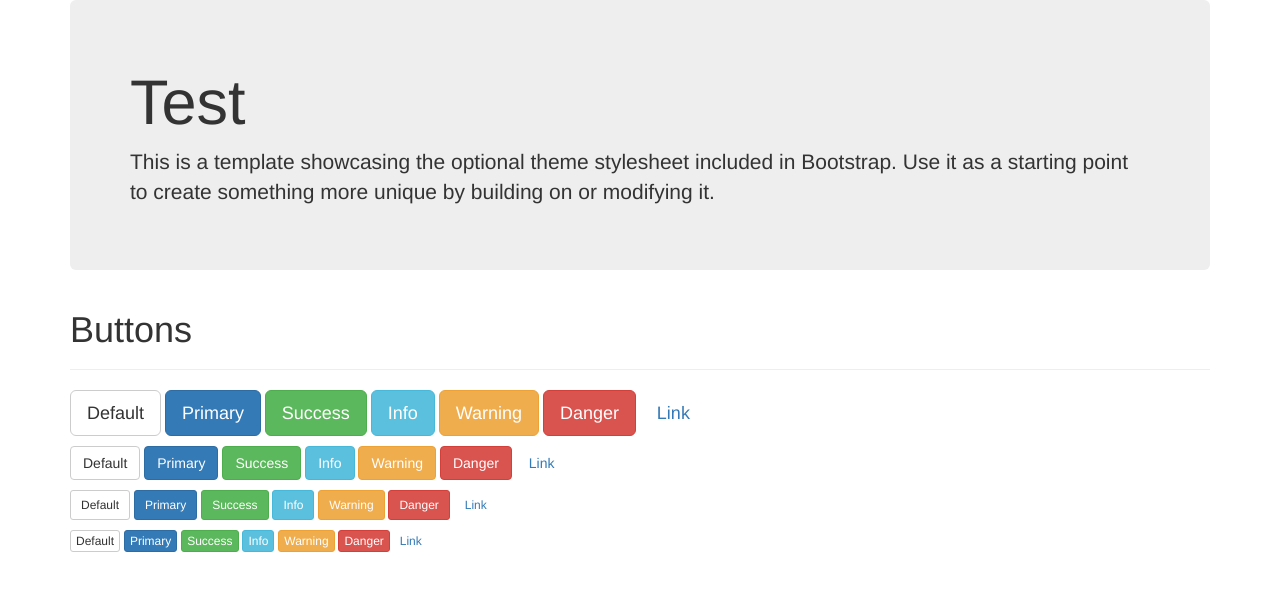
Repository: PabloValor/tallerweb1
Page: http://localhost/Sangucheto/WEB-INF/jsp/home.jsp
An editor plug-in stored every save of this project. The page is shown before and after the next save, followed by the edit.
The browser window is 1280 px wide. The pictures show the whole page.
The page is served by Tomcat 9. Nobody is signed in. Other server files are loaded and not shown. The template is opened directly, without the code that normally fills it, so the values that code supplies are empty.

Above is the page before, as saved 2015-11-26 22:52:50.

### TPFinal/Sangucheto/Sangucheto/src/main/webapp/WEB-INF/jsp/home.jsp
<%@ taglib uri="http://java.sun.com/jsp/jstl/core" prefix="c" %>
<!DOCTYPE html>
<html lang="es">
<head>
	<meta charset="UTF-8">
	<title>Document</title>
	<link href="/WEB_INF/css/bootstrap.min.css" rel="stylesheet">
</head>
<body>
	<div class="container theme-showcase" role="main">

		<!-- Main jumbotron for a primary marketing message or call to action -->
		<div class="jumbotron">
			<h1>Test</h1>
			<p>This is a template showcasing the optional theme stylesheet
				included in Bootstrap. Use it as a starting point to create
				something more unique by building on or modifying it.</p>
		</div>

		<div class="page-header">
			<h1>Buttons</h1>
	</div>
		<p>
			<button type="button" class="btn btn-lg btn-default">Default</button>
			<button type="button" class="btn btn-lg btn-primary">Primary</button>
			<button type="button" class="btn btn-lg btn-success">Success</button>
			<button type="button" class="btn btn-lg btn-info">Info</button>
			<button type="button" class="btn btn-lg btn-warning">Warning</button>
			<button type="button" class="btn btn-lg btn-danger">Danger</button>
			<button type="button" class="btn btn-lg btn-link">Link</button>
		</p>
		<p>
			<button type="button" class="btn btn-default">Default</button>
			<button type="button" class="btn btn-primary">Primary</button>
			<button type="button" class="btn btn-success">Success</button>
			<button type="button" class="btn btn-info">Info</button>
			<button type="button" class="btn btn-warning">Warning</button>
			<button type="button" class="btn btn-danger">Danger</button>
			<button type="button" class="btn btn-link">Link</button>
		</p>
		<p>
			<button type="button" class="btn btn-sm btn-default">Default</button>
			<button type="button" class="btn btn-sm btn-primary">Primary</button>
			<button type="button" class="btn btn-sm btn-success">Success</button>
			<button type="button" class="btn btn-sm btn-info">Info</button>
			<button type="button" class="btn btn-sm btn-warning">Warning</button>
			<button type="button" class="btn btn-sm btn-danger">Danger</button>
			<button type="button" class="btn btn-sm btn-link">Link</button>
		</p>
		<p>
			<button type="button" class="btn btn-xs btn-default">Default</button>
			<button type="button" class="btn btn-xs btn-primary">Primary</button>
			<button type="button" class="btn btn-xs btn-success">Success</button>
			<button type="button" class="btn btn-xs btn-info">Info</button>
			<button type="button" class="btn btn-xs btn-warning">Warning</button>
			<button type="button" class="btn btn-xs btn-danger">Danger</button>
			<button type="button" class="btn btn-xs btn-link">Link</button>
		</p>
	</div>
	<!-- jQuery (necessary for Bootstrap's JavaScript plugins) -->
	<script src="../../js/jquery-1.11.3.min.js"></script>
	<!-- Include all compiled plugins (below), or include individual files as needed -->
	<script src="../../js/bootstrap.min.js"></script>
</body>
</body>
</html>

Loaded but not shown: TPFinal/Sangucheto/Sangucheto/src/main/webapp/css/bootstrap.min.css (library); TPFinal/Sangucheto/Sangucheto/src/main/webapp/js/jquery-1.11.3.min.js (library); TPFinal/Sangucheto/Sangucheto/src/main/webapp/js/bootstrap.min.js (library)

After the next save:
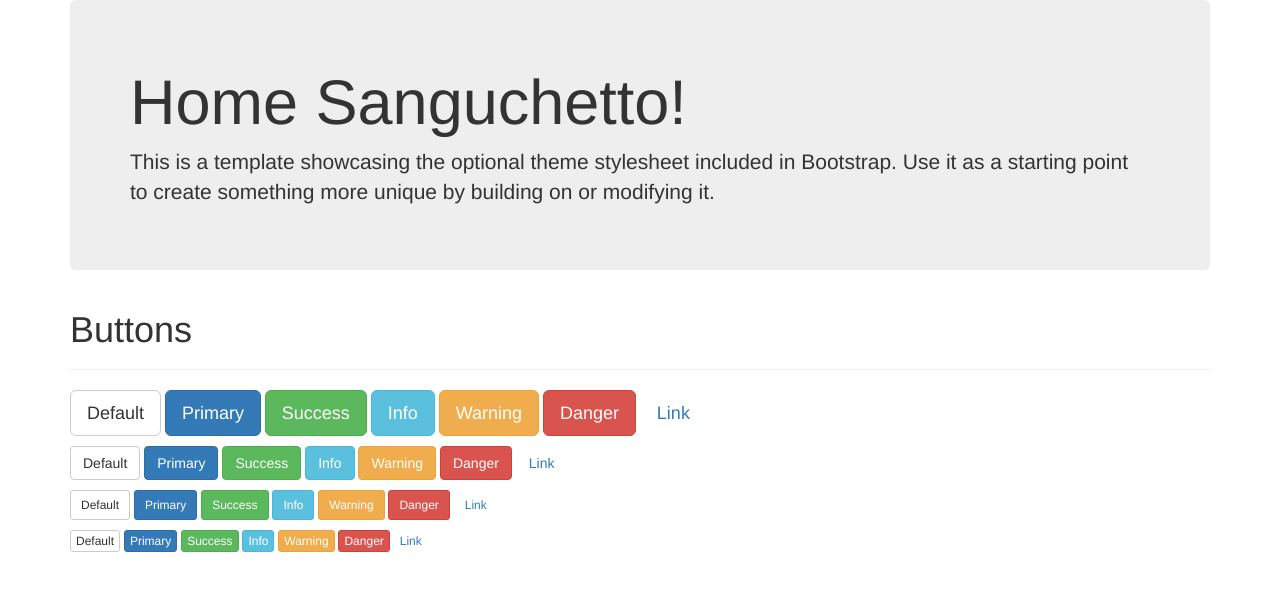
Saved 5 min 3 s later.
--- a/TPFinal/Sangucheto/Sangucheto/src/main/webapp/WEB-INF/jsp/home.jsp
+++ b/TPFinal/Sangucheto/Sangucheto/src/main/webapp/WEB-INF/jsp/home.jsp
@@ -11,7 +11,7 @@
 
 		<!-- Main jumbotron for a primary marketing message or call to action -->
 		<div class="jumbotron">
-			<h1>Test</h1>
+			<h1>Home Sanguchetto!</h1>
 			<p>This is a template showcasing the optional theme stylesheet
 				included in Bootstrap. Use it as a starting point to create
 				something more unique by building on or modifying it.</p>
